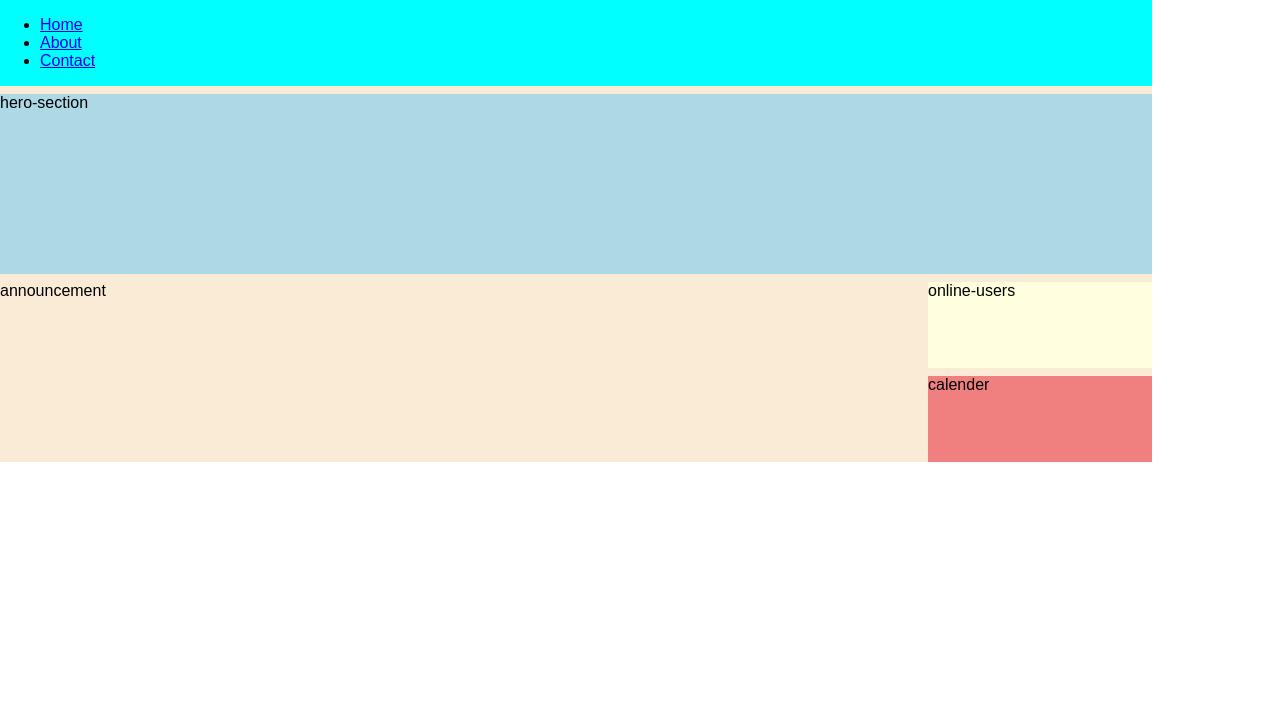
Repository: MariamSawera/eduNova
Page: index.html
These files come from the project's save history. The page is drawn as it stood at one moment and after the next save; the edit follows.
The browser window is 1280 px wide. The pictures show the whole page.

Above is the page before, as saved 2025-07-21 12:44:16.

After the next save:
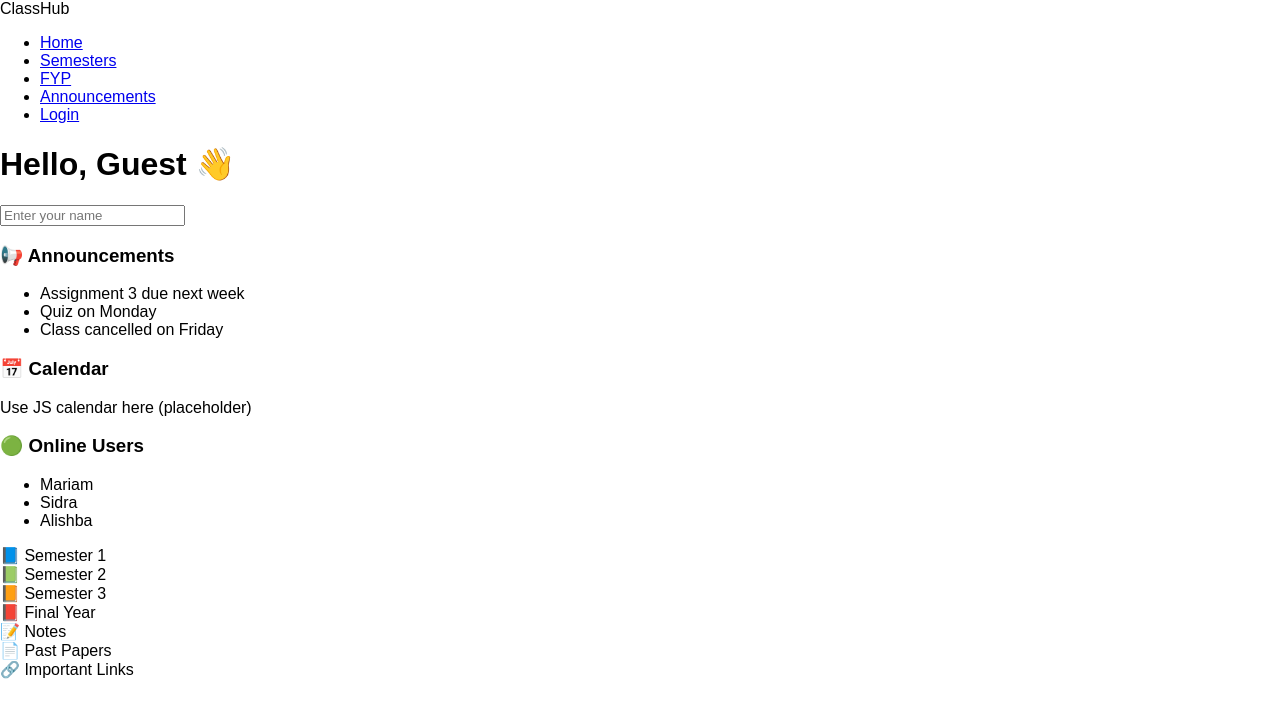
Saved 8 min 5 s later.
--- a/index.html
+++ b/index.html
@@ -6,39 +6,75 @@
     <link rel="stylesheet" href="styles.css">
 </head>
 <body>
-    <div class="parent">
-    <nav class="navigation">
-        <ul>
-            <li><a href="#home">Home</a></li>
-            <li><a href="#about">About</a></li>
-            <li><a href="#contact">Contact</a></li>
-        </ul>
-    </nav>
-    <div class="hero-section">
+  <nav>
+    <div class="logo">ClassHub</div>
+    <ul>
+      <li><a href="#">Home</a></li>
+      <li><a href="#">Semesters</a></li>
+      <li><a href="#">FYP</a></li>
+      <li><a href="#">Announcements</a></li>
+      <li><a href="#">Login</a></li>
+    </ul>
+  </nav>
 
-        hero-section
+  <!-- Hero Section -->
+  <div class="hero">
+    <h1 id="welcome">Hello, Guest 👋</h1>
+    <input type="text" id="nameInput" placeholder="Enter your name" oninput="updateName()" />
+  </div>
 
-    </div>
-    <div class="announcement-box">
-
-        announcement
-
+  <!-- Dashboard Section -->
+  <div class="dashboard">
+    <!-- Announcements -->
+    <div class="card">
+      <h3>📢 Announcements</h3>
+      <ul>
+        <li>Assignment 3 due next week</li>
+        <li>Quiz on Monday</li>
+        <li>Class cancelled on Friday</li>
+      </ul>
     </div>
 
-    <div class="calender">
+    <!-- Calendar -->
+    <div class="card">
+      <h3>📅 Calendar</h3>
+      <p>Use JS calendar here (placeholder)</p>
+      <!-- You can add a real calendar script later -->
+    </div>
 
-        calender
+    <!-- Online Users -->
+    <div class="card">
+      <h3>🟢 Online Users</h3>
+      <ul>
+        <li>Mariam</li>
+        <li>Sidra</li>
+        <li>Alishba</li>
+      </ul>
+    </div>
+  </div>
 
-    </div>
-    <div class="online-users">
+  <!-- Quick Material Access -->
+  <div class="quick-links">
+    <div class="link-card">📘 Semester 1</div>
+    <div class="link-card">📗 Semester 2</div>
+    <div class="link-card">📙 Semester 3</div>
+    <div class="link-card">📕 Final Year</div>
+    <div class="link-card">📝 Notes</div>
+    <div class="link-card">📄 Past Papers</div>
+    <div class="link-card">🔗 Important Links</div>
+  </div>
 
-        online-users
-
-    </div>
-    </div>
-    <!-- <main class="content">
-        <p>This is a simple web page created as an example.</p>
-    </main> -->
+  <script>
+    function updateName() {
+      const name = document.getElementById('nameInput').value;
+      const welcome = document.getElementById('welcome');
+      if(name.trim()) {
+        welcome.textContent = `Hello, ${name}! 👋`;
+      } else {
+        welcome.textContent = `Hello, Guest 👋`;
+      }
+    }
+  </script>
 
 
     </body>
